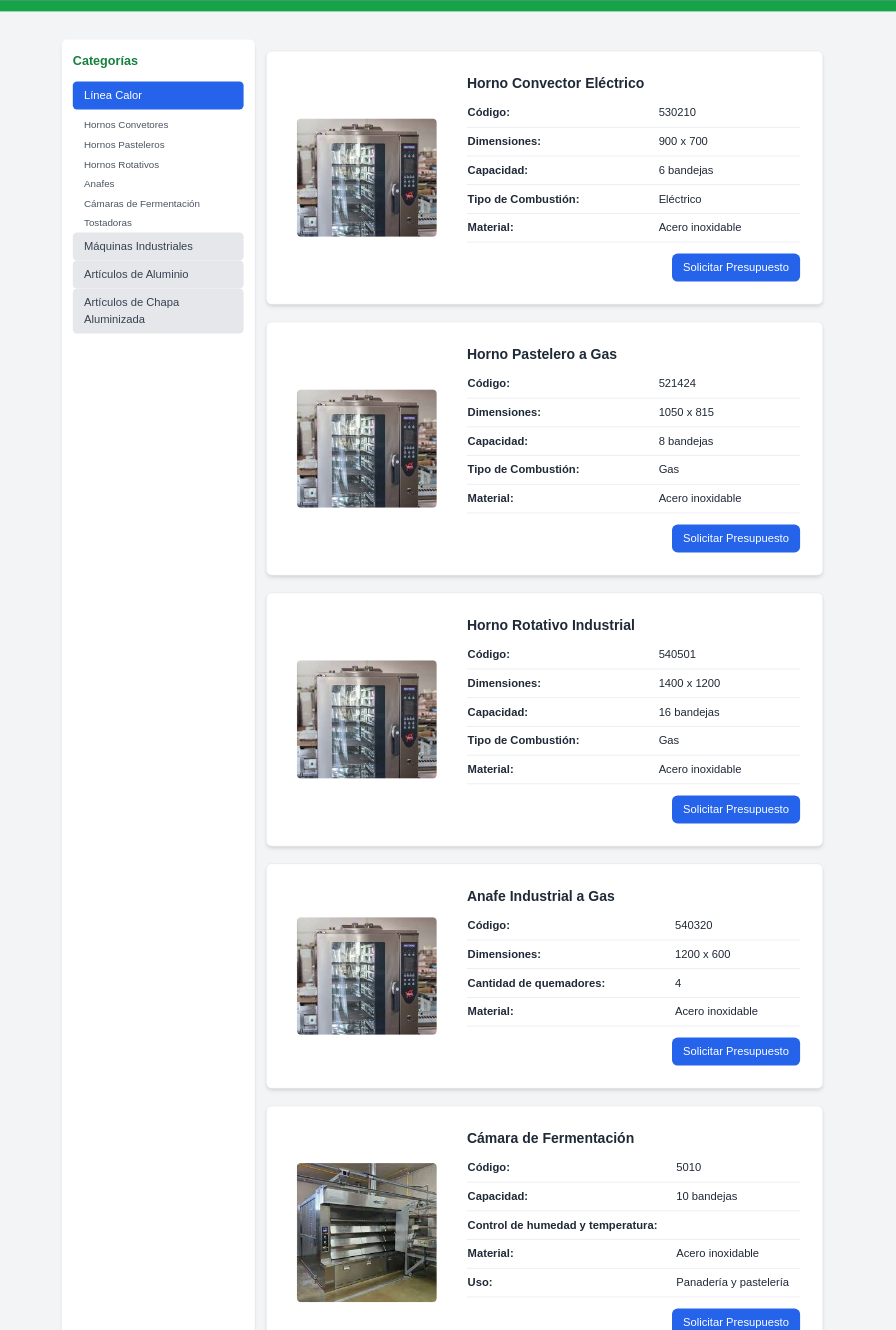
Repository: francoluca35/web-site-jla
Page: /producatalogo
An editor plug-in stored every save of this project. The page is shown before and after the next save, followed by the edit.
The browser window is 1280 px wide. The pictures show the part of the page from y = 256 to 2156 px (the page is 2970 px tall), at 70% of full size.
The project was rebuilt for these pictures with package versions that can differ from the ones it lists, and the page was loaded fresh each time. The framework's server and built-in components were replaced by stand-ins that run in the browser. Also part of the build but not shown: next.config.js, next.config.mjs.

Above is the page before, as saved 2025-03-05 03:20:29.

After the next save:
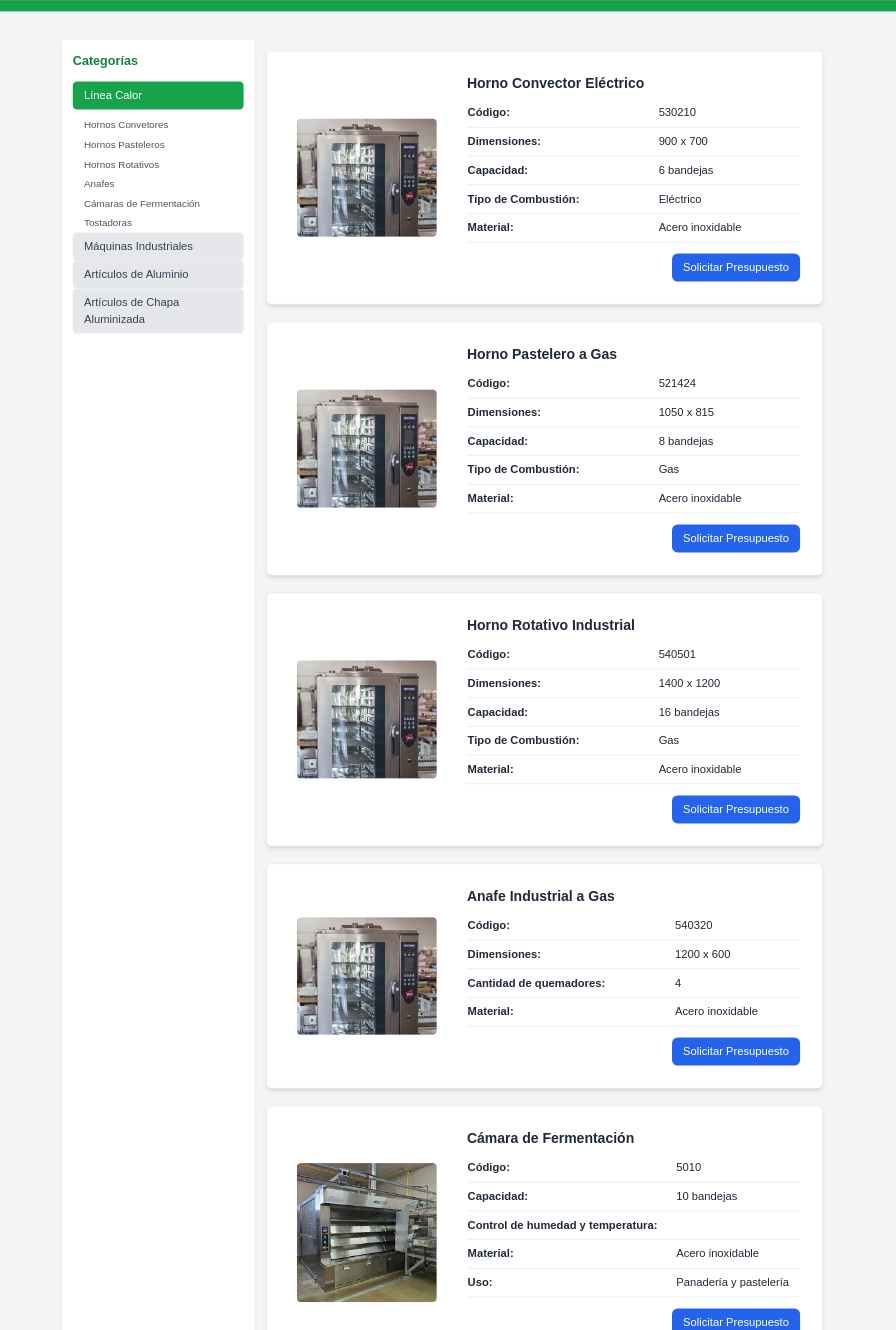
Saved 7 s later.
--- a/app/producatalogo/page/ProductoCatal/index.js
+++ b/app/producatalogo/page/ProductoCatal/index.js
@@ -38,7 +38,7 @@ export default function ProductosCatalogo() {
             <div key={index}>
               <button
                 className={`w-full text-left px-4 py-2 rounded-md transition-all ${
-                  categoriaSeleccionada === categoria.nombre ? 'bg-blue-600 text-white' : 'bg-gray-200 text-gray-700'
+                  categoriaSeleccionada === categoria.nombre ? 'bg-green-600 text-white' : 'bg-gray-200 text-gray-700'
                 }`}
                 onClick={() => { setCategoriaSeleccionada(categoria.nombre); setSubCategoriaSeleccionada(null); }}
               >
